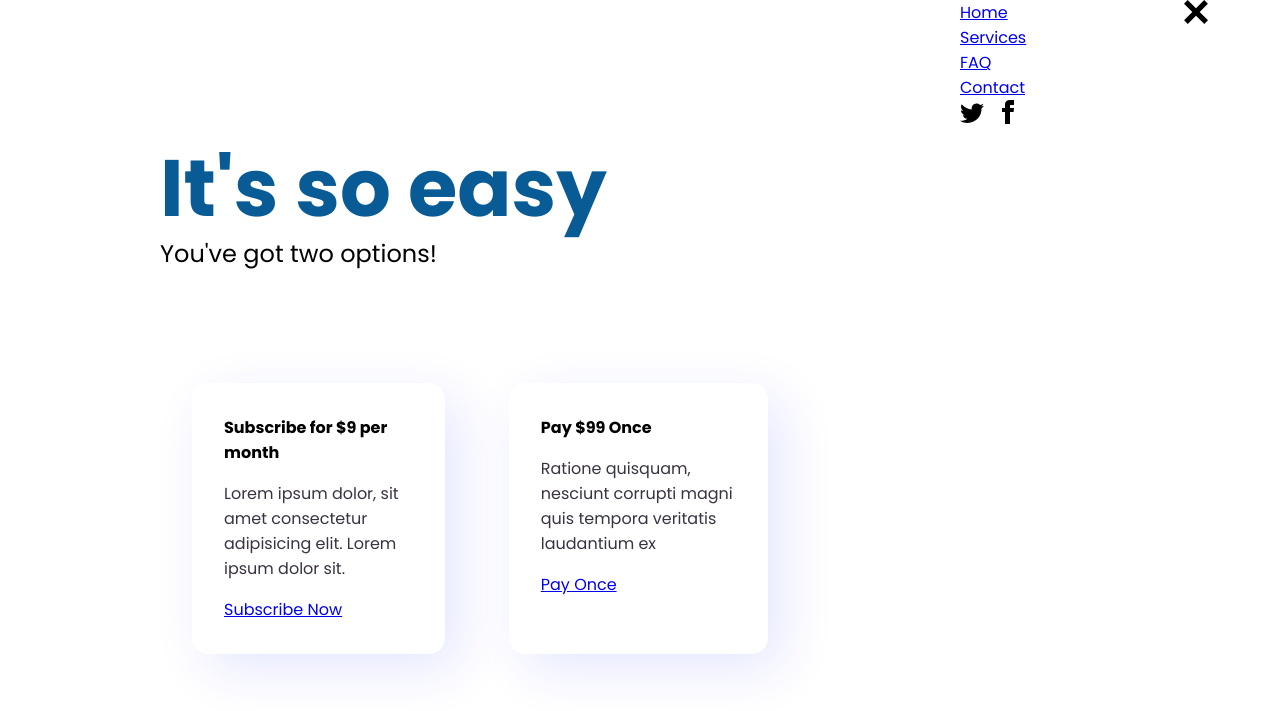
Repository: Hyperion72R/Animated-Navigation
Page: index.html
These files come from the project's save history. The page is drawn as it stood at one moment and after the next save; the edit follows.
The browser window is 1280 px wide. The pictures show the whole page.
The style sheet was rebuilt from its Sass, Less or Tailwind sources for each picture, by a compiler version that may differ from the author's.

Above is the page before, as saved 2021-08-25 16:07:10.

After the next save:
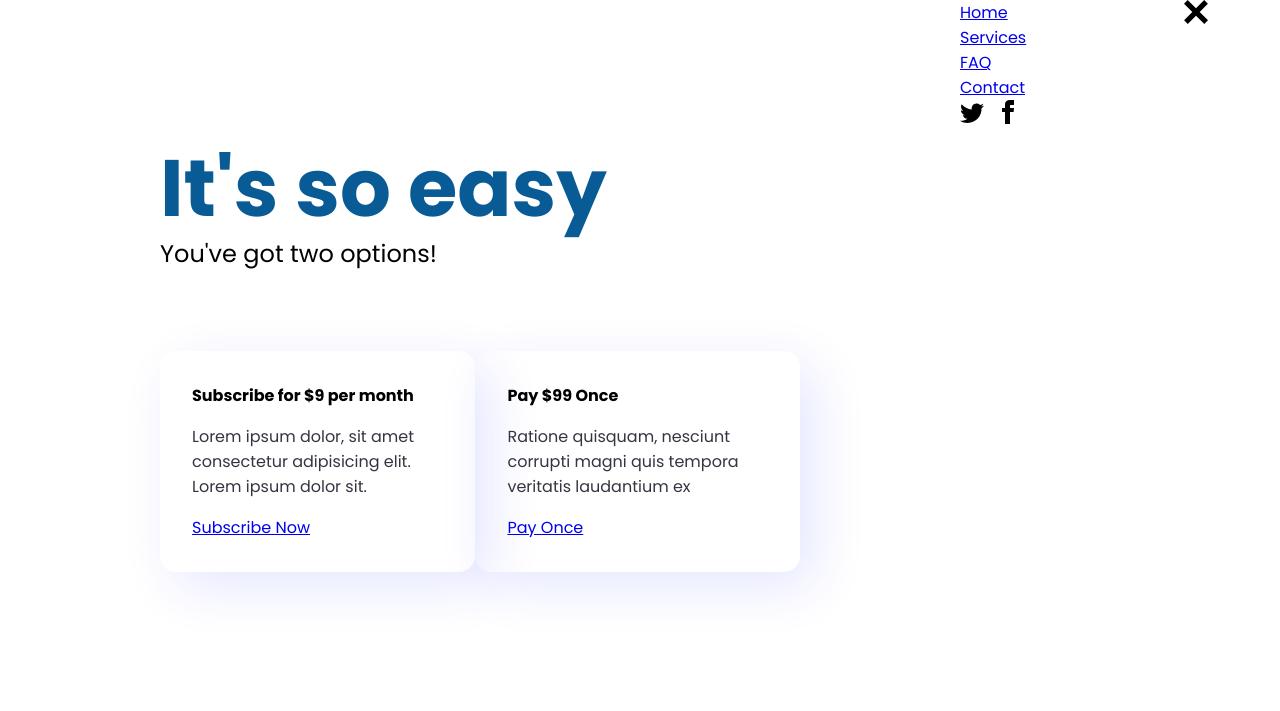
Saved 19 s later.
--- a/css/main.scss
+++ b/css/main.scss
@@ -145,7 +145,7 @@ h2 {
     padding: 2em;
     box-shadow: 15px 15px 53px rgba(0, 38, 255, 0.11);
     border-radius: 1em;
-    margin: 2em;
+    padding-right: 1em;
 
     strong {
       color: black;
